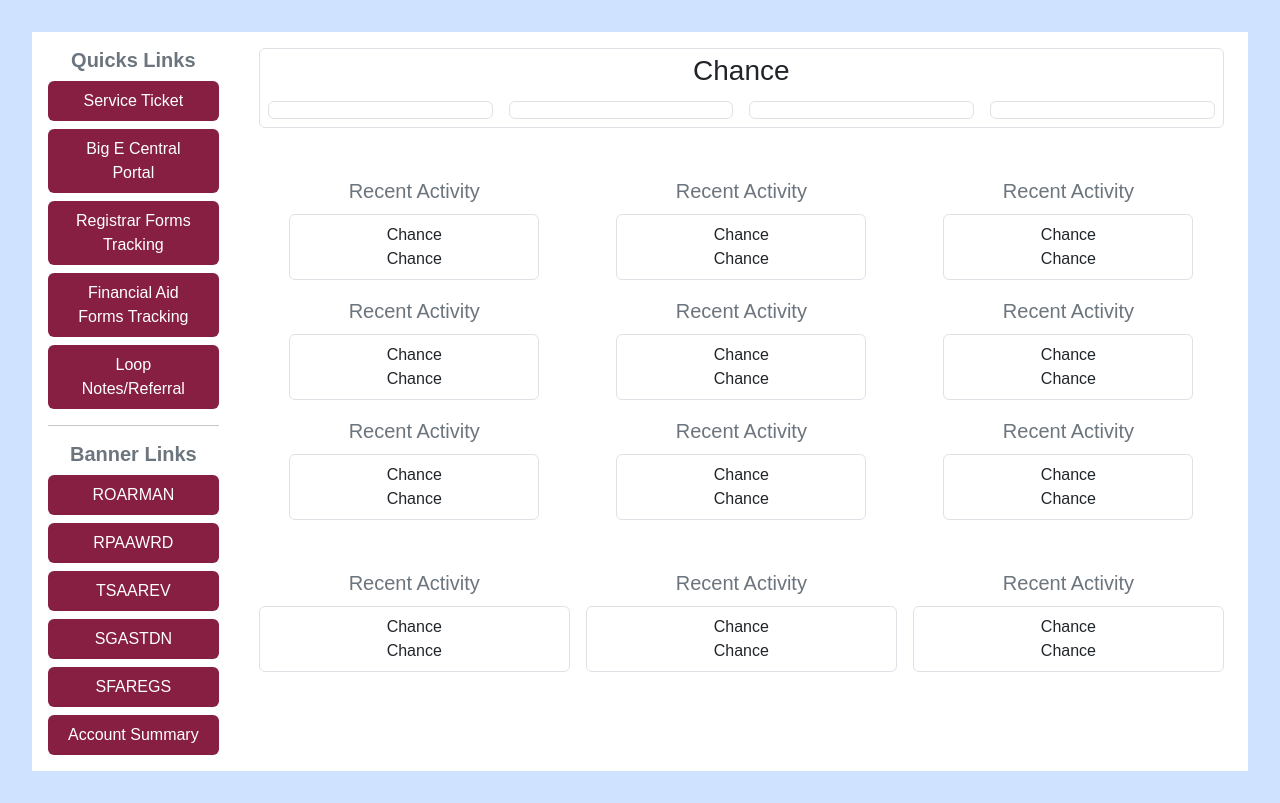
Repository: chancellor-w-whitaker/bec-tab
Page: /
These files come from the project's save history. The page is drawn as it stood at one moment and after the next save; the edit follows.
The browser window is 1280 px wide. The pictures show the whole page.
Some web fonts or font styles are not loaded; a fallback is used. The project was rebuilt for these pictures with package versions that can differ from the ones it lists, and the page was loaded fresh each time. Also part of the build but not shown: vite.config.js.

Above is the page before, as saved 2024-01-07 18:18:01.

After the next save:
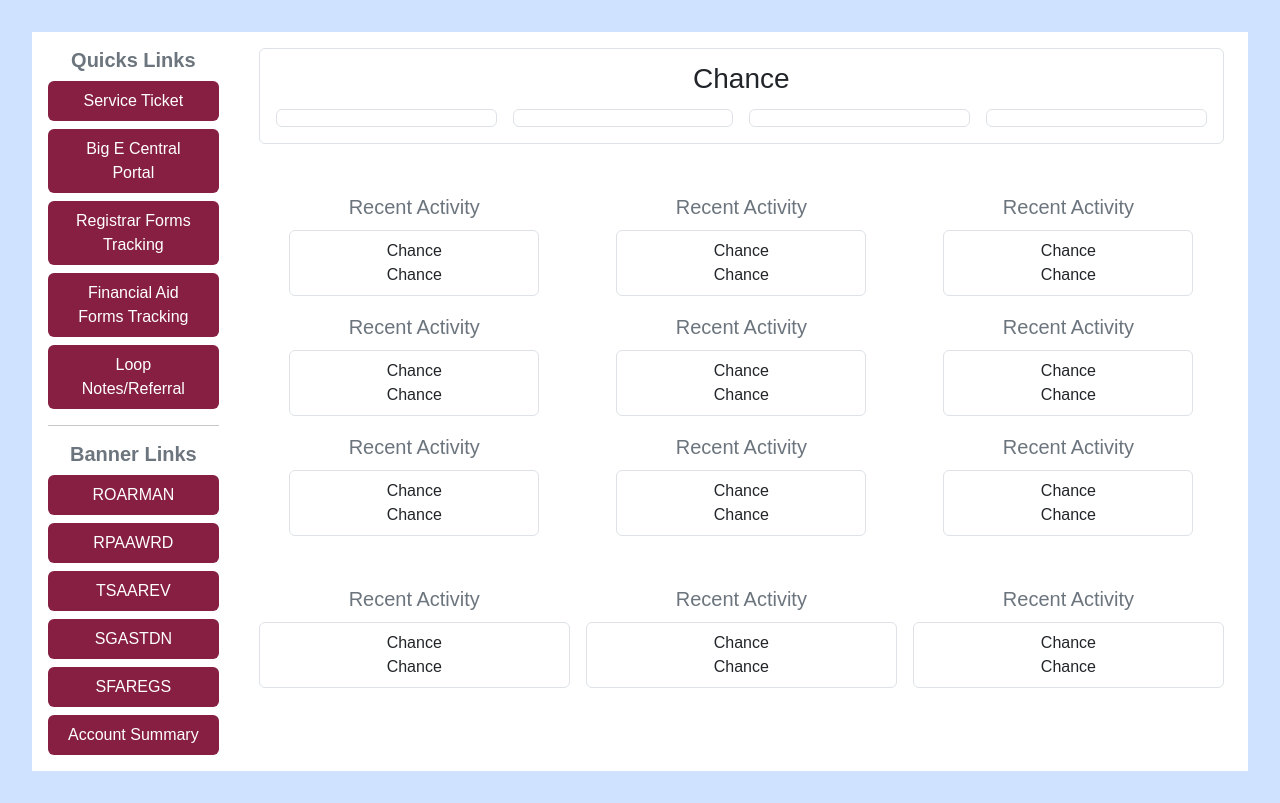
Saved 7 s later.
--- a/src/App.jsx
+++ b/src/App.jsx
@@ -90,7 +90,7 @@ const Main = () => {
         <div className="d-flex flex-column gap-5">
           {/* <div className="text-bg-light p-2"></div> */}
           {/* <Card width={"auto"}></Card> */}
-          <div className="rounded border text-center p-2 d-flex flex-column gap-3">
+          <div className="rounded border text-center p-3 d-flex flex-column gap-3">
             <div className="fs-3 lh-1">Chance</div>
             <div className="d-flex gap-3">
               <div className="border rounded p-2 w-100"></div>
